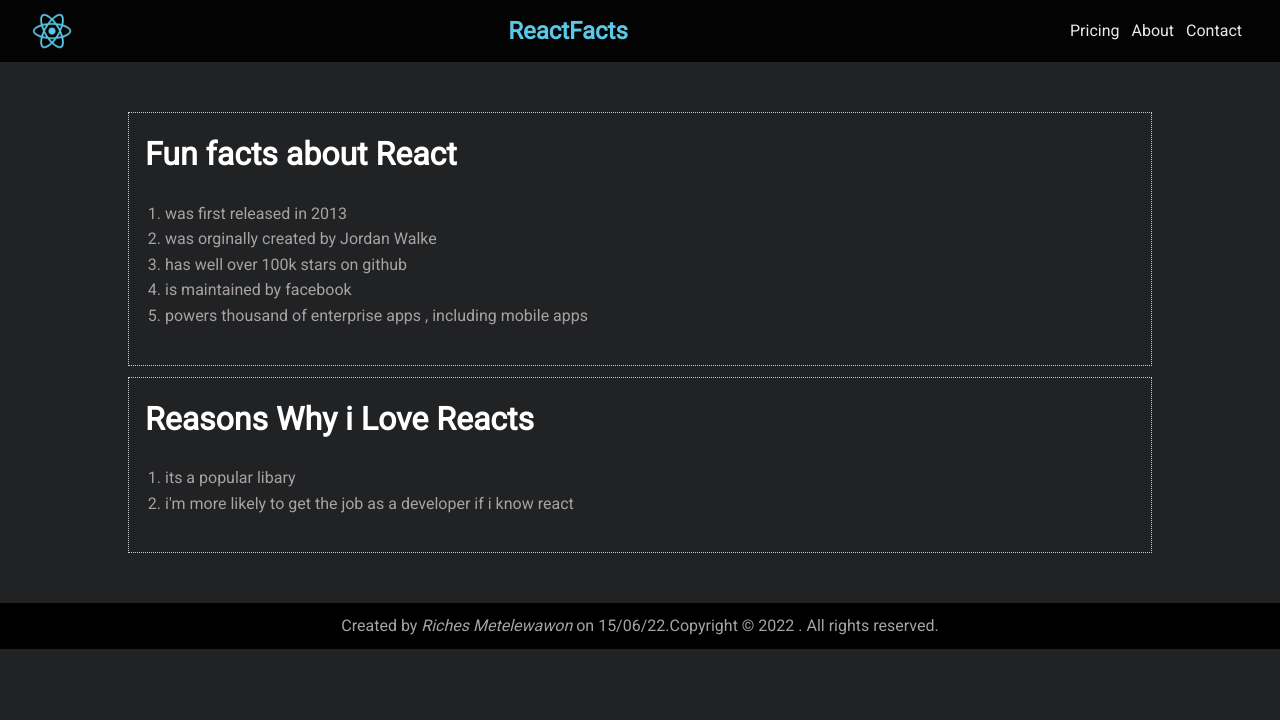
Repository: Richswag009/my-travel-journal
Page: /
The author's editor kept a copy of each file at every save. The page is drawn from the files as they stood at one save, then again after the next save.
The browser window is 1280 px wide. The pictures show the whole page.
The project was rebuilt for these pictures with package versions that can differ from the ones it lists, and the page was loaded fresh each time.

Above is the page before, as saved 2022-06-15 14:17:39.

### public/index.html
<!DOCTYPE html>
<html lang="en">
  <head>
    <meta charset="utf-8" />
    <link rel="icon" href="%PUBLIC_URL%/favicon.ico" />
    <meta name="viewport" content="width=device-width, initial-scale=1" />
    <meta name="theme-color" content="#000000" />
    <meta name="description"content="Web site created using create-react-app"/>
    <link rel="apple-touch-icon" href="%PUBLIC_URL%/logo192.png" />
    <link rel="manifest" href="%PUBLIC_URL%/manifest.json" />
    <title>React Fact</title>
  </head>
  <body>
    <noscript>You need to enable JavaScript to run this app.</noscript>
    <div id="root"></div>

  </body>
</html>

### src/App.js

import React,{Component} from 'react';
import './App.css';
import Maincontent from './component/maincontent/Maincontent';
import Navbar from './component/layout/Navbar';
import Footer from './component/layout/Footer';
// import Users from './component/users/Users';
class App extends Component{
  render(){

    return (
      <div className="App">
       <Navbar/>
       <Maincontent/>
       <Footer/>
        </div>
    );
  }
}

export default App;

### src/App.css
@import url('https://fonts.googleapis.com/css?family=Roboto');

/* Global Styles */
:root {
  --primary-color: #dc3545;
  --dark-color: #333333;
  --light-color: #f4f4f4;
  --danger-color: #dc3545;
  --success-color: #28a745;
}

* {
  box-sizing: border-box;
  margin: 0;
  padding: 0;
}

body {
  font-family: 'Roboto', sans-serif;
  font-size: 1rem;
  line-height: 1.6;
  background-color: #212224;
  color: rgb(168, 162, 162);
}

a {
  color: var(--primary-color);
  text-decoration: none;
}

a:hover {
  color: #666;
}

ul {
  list-style: none;
}ol
img {
  width: 100%;
}

/* Utilities */
.container {
  max-width: 1100px;
  margin: auto;
  overflow: hidden;
  padding: 0 2rem;
}

/* Text Styles*/
.x-large {
  font-size: 4rem;
  line-height: 1.2;
  margin-bottom: 1rem;
}

.large {
  font-size: 3rem;
  line-height: 1.2;
  margin-bottom: 1rem;
}

.lead {
  font-size: 1.5rem;
  margin-bottom: 1rem;
}

.text-center {
  text-align: center;
}

.text-primary {
  color: var(--primary-color);
}

.text-dark {
  color: var(--dark-color);
}

.text-success {
  color: var(--success-color);
}

.text-danger {
  color: var(--danger-color);
}

.text-center {
  text-align: center;
}

.text-right {
  text-align: right;
}

.text-left {
  text-align: left;
}

/* Center All */
.all-center {
  display: flex;
  flex-direction: column;
  width: 100%;
  margin: auto;
  justify-content: center;
  align-items: center;
  text-align: center;
}

/* Cards */
.card {
  padding: 1rem;
  border: #ccc 1px dotted;
  margin: 0.7rem 0;
}

/* List */
.list {
  margin: 0.5rem 0;
}

.list li {
  padding-bottom: 0.3rem;
}

/* Padding */
.p {
  padding: 0.5rem;
}
.p-1 {
  padding: 1rem;
}
.p-2 {
  padding: 2rem;
}
.p-3 {
  padding: 3rem;
}
.py {
  padding: 0.5rem 0;
}
.py-1 {
  padding: 1rem 0;
}
.py-2 {
  padding: 2rem 0;
}
.py-3 {
  padding: 3rem 0;
}

/* Margin */
.m {
  margin: 0.5rem;
}
.m-1 {
  margin: 1rem;
}
.m-2 {
  margin: 2rem;
}
.m-3 {
  margin: 3rem;
}
.my {
  margin: 0.5rem 0;
}
.my-1 {
  margin: 1rem 0;
}
.my-2 {
  margin: 2rem 0;
}
.my-3 {
  margin: 3rem 0;
}


.footer{
  margin: auto;
  padding: 10px 0;
  text-align: center;
  background-color: black;
}

/* Grid */
.grid-2 {
  display: grid;
  grid-template-columns: repeat(2, 1fr);
  grid-gap: 1rem;
}

.grid-3 {
  display: grid;
  grid-template-columns: repeat(3, 1fr);
  grid-gap: 1rem;
}

.grid-4 {
  display: grid;
  grid-template-columns: repeat(4, 1fr);
  grid-gap: 1rem;
}

.btn {
  display: inline-block;
  background: var(--light-color);
  color: #333;
  padding: 0.4rem 1.3rem;
  font-size: 1rem;
  border: none;
  cursor: pointer;
  margin-right: 0.5rem;
  transition: opacity 0.2s ease-in;
  outline: none;
}

.btn-link {
  background: none;
  padding: 0;
  margin: 0;
}

.btn-block {
  display: block;
  width: 100%;
}

.btn-sm {
  font-size: 0.8rem;
  padding: 0.3rem 1rem;
  margin-right: 0.2rem;
}

.badge {
  display: inline-block;
  font-size: 0.8rem;
  padding: 0.2rem 0.7rem;
  text-align: center;
  margin: 0.3rem;
  background: var(--light-color);
  color: #333;
  border-radius: 5px;
}

.alert {
  padding: 0.7rem;
  margin: 1rem 0;
  opacity: 0.9;
  background: var(--light-color);
  color: #333;
}

.btn-primary,
.bg-primary,
.badge-primary,
.alert-primary {
  background: var(--primary-color);
  color: #fff;
}

.btn-light,
.bg-light,
.badge-light,
.alert-light {
  background: var(--light-color);
  color: #333;
}

.btn-dark,
.bg-dark,
.badge-dark,
.alert-dark {
  background: var(--dark-color);
  color: #fff;
}

.btn-danger,
.bg-danger,
.badge-danger,
.alert-danger {
  background: var(--danger-color);
  color: #fff;
}

.btn-success,
.bg-success,
.badge-success,
.alert-success {
  background: var(--success-color);
  color: #fff;
}

.btn-white,
.bg-white,
.badge-white,
.alert-white {
  background: #fff;
  color: #333;
  border: #ccc solid 1px;
}

.btn:hover {
  opacity: 0.8;
}

.bg-light,
.badge-light {
  border: #ccc solid 1px;
}

.round-img {
  border-radius: 50%;
}

/* Forms */
input {
  margin: 1.2rem 0;
}

.form-text {
  display: block;
  margin-top: 0.3rem;
  color: #888;
}

input[type='text'],
input[type='email'],
input[type='password'],
input[type='date'],
select,
textarea {
  display: block;
  width: 100%;
  padding: 0.4rem;
  font-size: 1.2rem;
  border: 1px solid #ccc;
}

input[type='submit'],
button {
  font: inherit;
}

table th,
table td {
  padding: 1rem;
  text-align: left;
}

table th {
  background: var(--light-color);
}

/* Navbar */
.navbar {
  display: flex;
  justify-content: space-between;
  align-items: center;
  padding: 0.7rem 2rem;
  z-index: 1;
  width: 100%;
  opacity: 0.9;
  margin-bottom: 1rem;
  background-color:black;
}
.navbar h1{
  color: #61dafb;
  margin: 0;
}
h1{
  color: #fff;
}
.navbar ul {
  display: flex;
}
.navbar ul li{
  padding:0 6px ;
  color: #fff;
}

.navbar a {
  color: #fff;
  padding: 0.45rem;
  margin: 0 0.25rem;
}

.navbar a:hover {
  color: var(--light-color);
}

.navbar .welcome span {
  margin-right: 0.6rem;
}

/* Mobile Styles */
@media (max-width: 700px) {
  .hide-sm {
    display: none;
  }

  .grid-2,
  .grid-3,
  .grid-4 {
    grid-template-columns: 1fr;
  }

  /* Text Styles */
  .x-large {
    font-size: 3rem;
  }

  .large {
    font-size: 2rem;
  }

  .lead {
    font-size: 1rem;
  }

  /* Navbar */
  .navbar {
    display: block;
    text-align: center;
  }

  .navbar ul {
    text-align: center;
    justify-content: center;
  }
}

### src/component/maincontent/Maincontent.js
import React, { Component } from 'react'
// import React from "react";
export default class Maincontent extends Component {



    render() {
        return (
            <div className='content ' style={{width:'80%',margin:'50px auto'}}>

                <div className=' card'>
                    <h1>Fun facts about React</h1>
                    <ol style={{margin:'20px'}}>
                        <li>was first released in 2013</li>
                        <li>was orginally created by Jordan Walke</li>
                        <li>has well over 100k stars on github</li>
                        <li>is maintained by facebook</li>
                        <li>powers thousand of enterprise apps , including mobile apps</li>
                    </ol>
                </div>

                <div className='card'>
                    <h1>Reasons Why i Love Reacts</h1>
                    <ol style={{margin:'20px'}}>
                        <li>its a popular libary</li>
                        <li>i'm more likely to get the job as a developer if i know react</li>
                    </ol>
                </div>

            </div>
        )
    }

}
// function page(){

//         return (
//             <div>
//                 <ol>
//                     <li>Lorem ipsum dolor sit amet.</li>
//                     <li>Lorem ipsum dolor sit amet.</li>
//                     <li>Lorem ipsum dolor sit amet.</li>
//                 </ol>
//             </div>
//         )

// }export default page

### src/component/layout/Navbar.js
import React, { Component } from 'react'
import logo from '../layout/logo192.png'


export default class Navbar extends Component {


    render() {
        return (
            <div>
                <nav className='navbar'>
                 <img src={logo} alt="" style={{width:'40px',dispaly:'block'}} />
                 <h1>ReactFacts</h1>

                <ul className='px-2'>
                    <li>Pricing </li>
                    <li>About </li>
                    <li>Contact </li>
                </ul>
                </nav>
            </div>
        )
    }
}

### src/component/layout/Footer.js
import React, { Component } from 'react'

export default class Footer extends Component {



    render() {
        return (
            <div className='footer'>
               <p>Created by <i>Riches Metelewawon</i>  on 15/06/22.Copyright © 2022 . All rights reserved.
               </p>
            </div>
        )
    }
}

Loaded but not shown: src/index.js (common file)

After the next save:
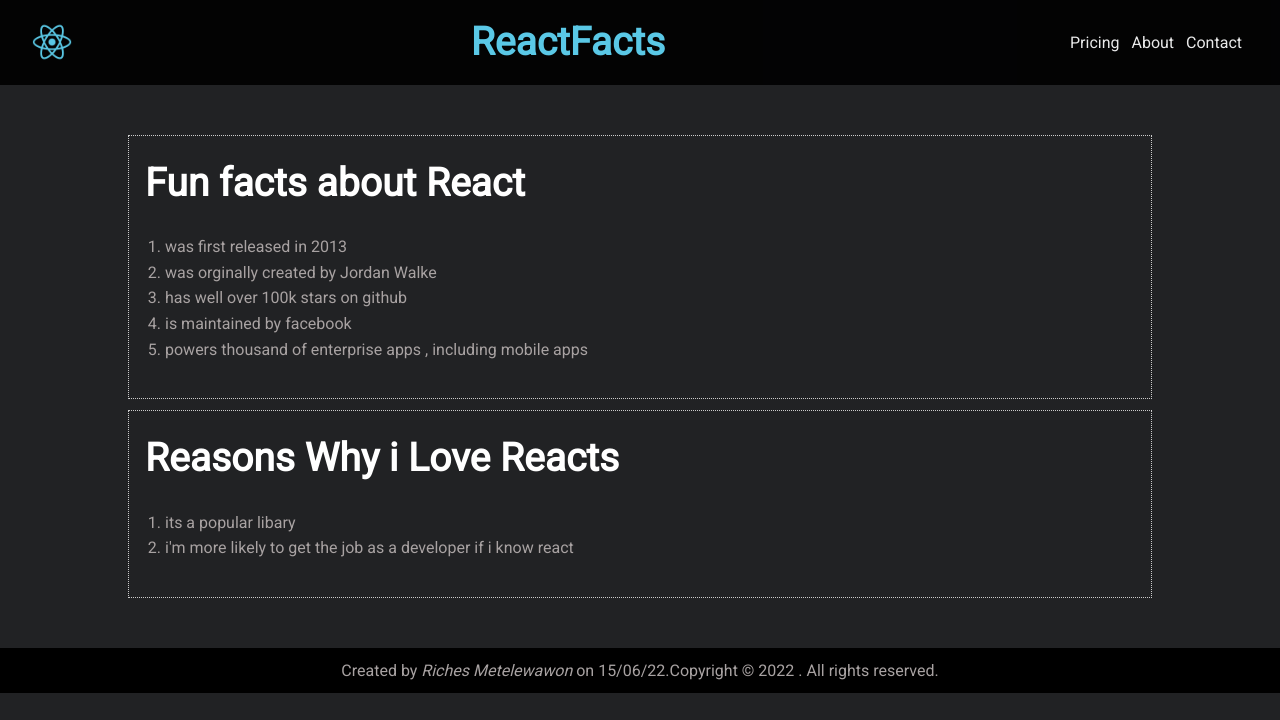
Saved 5 min 30 s later.
--- a/src/App.css
+++ b/src/App.css
@@ -34,7 +34,7 @@
 
 ul {
   list-style: none;
-}ol
+}
 img {
   width: 100%;
 }
@@ -371,6 +371,7 @@
 }
 h1{
   color: #fff;
+  font-size: 39px;
 }
 .navbar ul {
   display: flex;
